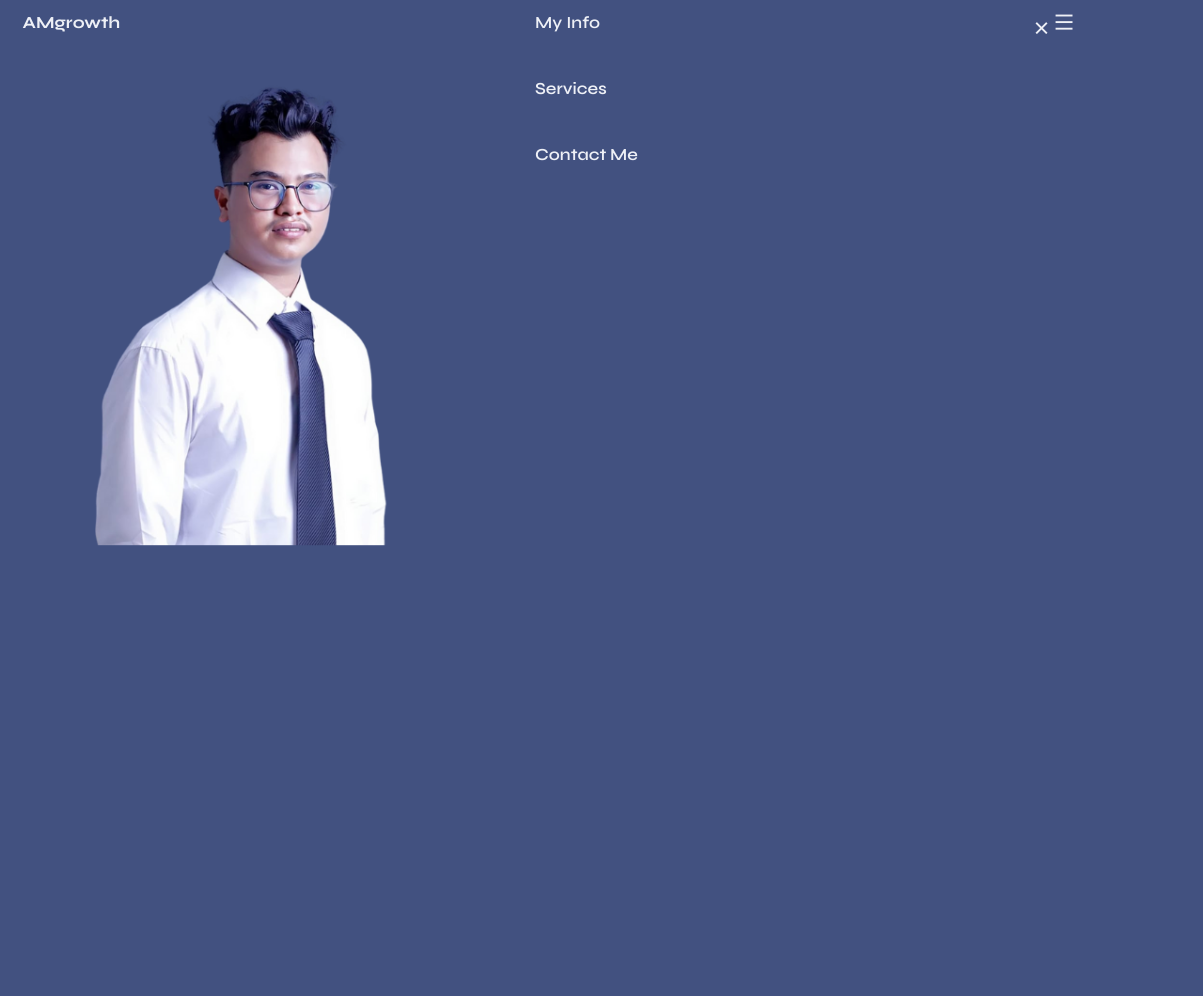
Repository: Ademaulana100499/portofolio
Page: index.html
The author's editor kept a copy of each file at every save. The page is drawn from the files as they stood at one save, then again after the next save.
The browser window is 1280 px wide. The pictures show the whole page, at 94% of full size.
Some web fonts or font styles are not loaded; a fallback is used.

Above is the page before, as saved 2024-11-28 16:38:14.

### index.html
<!DOCTYPE html>
<html lang="en">
  <head>
    <meta charset="UTF-8" />
    <meta name="viewport" content="width=device-width, initial-scale=1.0" />
    <title>AMgrowth</title>
    <link rel="shortcut icon" href="assets/img/Favicon.png" />
    <link
      href="https://cdn.jsdelivr.net/npm/remixicon/fonts/remixicon.css"
      rel="stylesheet"
    />
    <link rel="stylesheet" href="assets/css/style.css" />
  </head>
  <body>
    <!-- HEADER -->
    <header class="header" id="header">
      <nav class="nav container">
        <a href="#" class="nav__logo">AMgrowth</a>
        <div class="nav__menu" id="nav-menu">
          <ul class="nav__list">
            <li>
              <a href="#home" class="nav__link">Home</a>
            </li>
            <li>
              <a href="#project" class="nav__link">Project</a>
            </li>
            <li>
              <a href="#info" class="nav__link">My Info</a>
            </li>
            <li>
              <a href="#services" class="nav__link">Services</a>
            </li>
            <li>
              <a href="#contact" class="nav__link">Contact Me</a>
            </li>
          </ul>
          <!-- Close Button -->
          <div class="nav__close" id="nav-close">
            <i class="ri-close-line"></i>
          </div>
        </div>

        <!-- Toggle Button -->
        <div class="nav__toggle" id="nav-toggle">
          <i class="ri-menu-line"></i>
        </div>
      </nav>
    </header>

    <!-- MAIN -->
    <main class="main" id="main">
      <!-- HOME -->
      <section class="home section" id="home">
        <div class="home__container container grid">
          <img src="assets/img/Photo.png" alt="image" class="home__img" />
        </div>
      </section>
      <!-- PROJECT -->
      <section class="project section" id="project"></section>
      <!-- INFO -->
      <section class="info section" id="info"></section>
      <!-- SERVICES -->
      <section class="services section" id="services"></section>
      <!-- CONTACT -->
      <section class="contact section" id="contact"></section>
    </main>

    <!-- FOOTER -->
    <footer class="footer" id="footer"></footer>
    <!-- SCROLL UP -->
    <!-- SCROLLREVEAL -->
    <script src=""></script>
    <!-- EMAIL JS -->
    <script src=""></script>
    <!-- MAIN JS -->
    <script src="assets/js/main.js"></script>
  </body>
</html>

### assets/css/style.css
@import url("https://fonts.googleapis.com/css2?family=Kite+One&family=Oooh+Baby&family=Orelega+One&family=Poppins:ital,wght@0,100;0,200;0,300;0,400;0,500;0,600;0,700;0,800;0,900;1,100;1,200;1,300;1,400;1,500;1,600;1,700;1,800;1,900&family=Syne:wght@400..800&display=swap");

/* VARIABLE CSS */
:root {
  --header-height: 3rem;

  /* Colors */
  --hue: 230;
  --first-color: hsl(var(--hue), 55%, 55%);
  --first-color-light: hsl(var(--hue), 55%, 65%);
  --first-color-alt: hsl(var(--hue), 50%, 50%);
  --title-color: hsl(var(--hue), 30%, 95%);
  --text-color: hsl(var(--hue), 20%, 80%);
  --text-color-light: hsl(var(--hue), 20%, 70%);
  --body-color: hsl(225, 32%, 38%);
  --container-color: hsl(var(--hue), 40%, 20%);

  /* Font and typography */
  --body-font: "Syne", sans-serif;
  --biggest-font-size: 3rem;
  --h1-font-size: 1.5rem;
  --h2-font-size: 1.25rem;
  --h3-font-size: 1rem;
  --normal-font-size: 0.938rem;
  --small-font-size: 0.813rem;

  /* Font weight */
  --font-regular: 400;
  --font-semi-bold: 600;
  --font-bold: 700;

  /* z index */
  --z-tooltip: 10;
  --z-fixed: 100;
}
/* Responsive typography */
@media screen and (min-width: 1150px) {
  :root {
    --biggest-font-size: 5.5rem;
    --big-font-size: 2.75rem;
    --h1-font-size: 2.25rem;
    --h2-font-size: 1.5rem;
    --h3-font-size: 1.25rem;
    --normal-font-size: 1.125rem;
    --small-font-size: 0.875rem;
  }
}

/* BASE */
* {
  margin: 0;
  padding: 0;
  box-sizing: border-box;
}

html {
  scroll-behavior: smooth;
}

body,
input,
textarea,
button {
  font-family: var(--body-font);
  font-size: var(--normal-font-size);
}

body {
  background-color: var(--body-color);
  color: var(--text-color);
}
input,
button,
textarea {
  outline: none;
  border: none;
}

h1,
h2,
h3 {
  color: var(--title-color);
  font-weight: var(--font-semi-bold);
}
p {
  line-height: 130%;
}

ul {
  list-style: none;
}

a {
  text-decoration: none;
}

img {
  display: block;
  max-width: 100%;
  height: auto;
}

/* REUSABLE CSS CLASSES */
.container {
  max-width: 1120px;
  margin-inline: 1.5rem;
}

.grid {
  display: grid;
  gap: 1.5rem;
}

.section {
  padding-block: 5rem 2rem;
}

.section__title {
  font-size: var(--h1-font-size);
  text-align: center;
  margin-bottom: 2rem;
  font-weight: var(--font-bold);
}
main {
  overflow: hidden;
}

/* HEADER & NAV */
.header {
  position: fixed;
  width: 100%;
  top: 0;
  left: 0;
  background-color: transparent;
  z-index: var(--z-fixed);
}
.nav {
  position: relative;
  height: var(--header-height);
  display: flex;
  justify-content: space-between;
  align-items: center;
}

.nav__logo {
  color: var(--title-color);
  font-weight: var(--font-bold);
}
.nav__toggle,
.nav__close {
  font-size: 1.5rem;
  cursor: pointer;
  color: var(--title-color);
}
/* Navigation for mobile */
@media screen and (max-width: 1150px) {
  .nav__menu {
    position: fixed;
    top: 0;
    right: -100%;
    background-color: hsla(var(--hue), 70%, 4%, 0.2);
    backdrop-filter: blur(16px);
    -webkit-backdrop-filter: blur(16px);
    width: 80%;
    height: 100%;
    padding: 7rem 3rem;
    transition: right 0.4s;
  }
}
.nav__list {
  display: flex;
  flex-direction: column;
  row-gap: 3rem;
}
.nav__link {
  position: relative;
  color: var(--title-color);
  font-weight: var(--font-semi-bold);
  transition: color 0.4s;
}
.nav__link::after {
  content: "";
  width: 0;
  height: 2px;
  background-color: var(--first-color-light);
  position: absolute;
  left: 0;
  bottom: -0.5rem;
  transition: width 0.3s;
}
.nav__link:hover {
  color: var(--first-color-light);
}
.nav__link:hover::after {
  width: 30%;
}
.nav__close {
  position: absolute;
  top: 1rem;
  right: 1.5rem;
}

/* Show Menu */
.show-menu {
  right: 0;
}
/* Add blur to header */
/* Active link */

/* HOME */

### assets/js/main.js
const navMenu = document.getElementById("nav-menu"),
  navToggle = document.getElementById("nav-toggle"),
  navClose = document.getElementById("nav-close");

if (navToggle) {
  navToggle.addEventListener("click", () => {
    navMenu.classList.add("show-menu");
  });
}

if (navClose) {
  navClose.addEventListener("click", () => {
    navMenu.classList.remove("show-menu");
  });
}

const navLink = document.querySelectorAll(".nav__link");
const linkAction = () => {
  const navMenu = document.getElementById("nav-menu");
  navMenu.classList.remove("show-menu");
};
navLink.forEach((n) => n.addEventListener("click", linkAction));

After the next save:
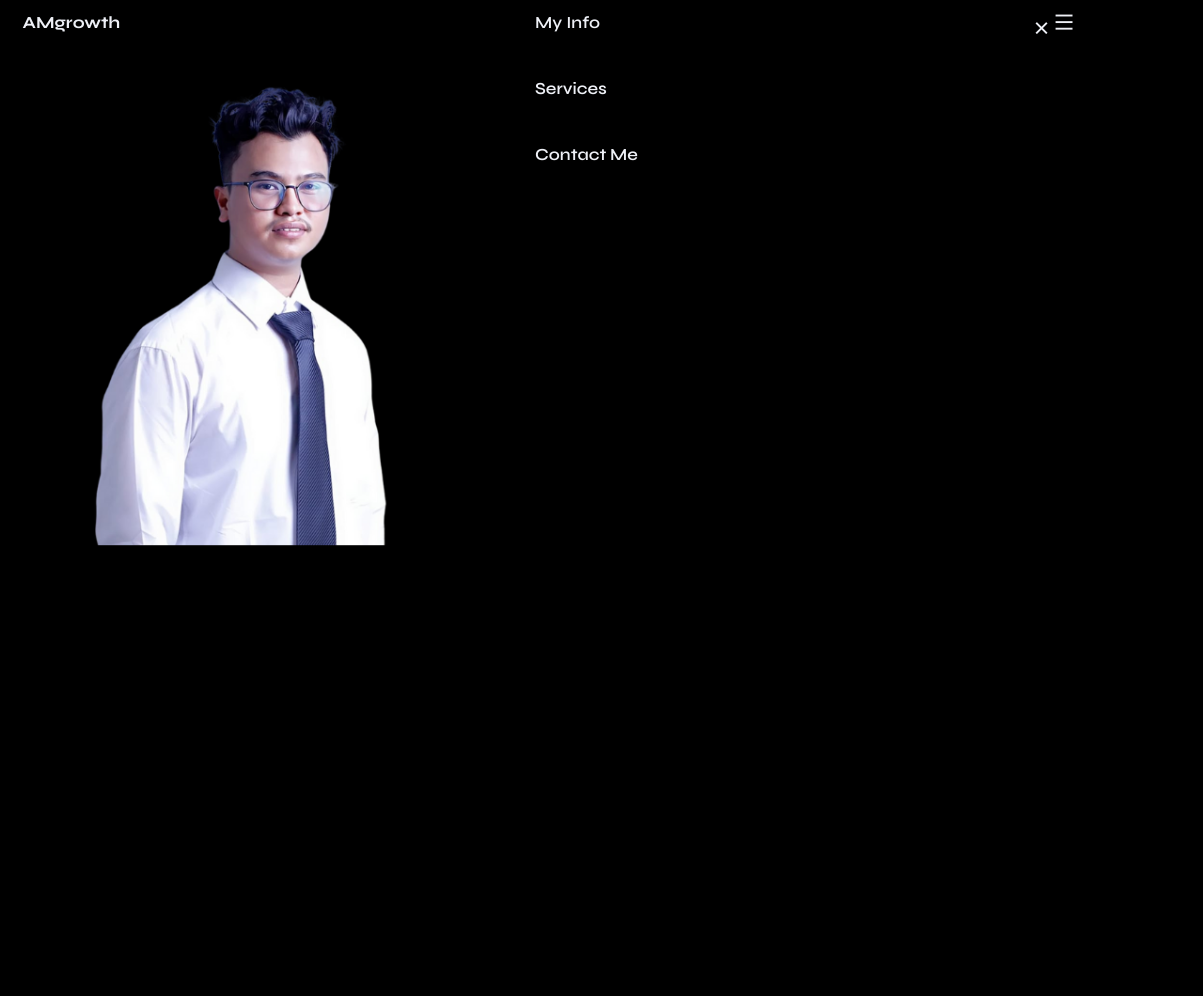
Saved 43 s later.
--- a/assets/css/style.css
+++ b/assets/css/style.css
@@ -12,7 +12,7 @@
   --title-color: hsl(var(--hue), 30%, 95%);
   --text-color: hsl(var(--hue), 20%, 80%);
   --text-color-light: hsl(var(--hue), 20%, 70%);
-  --body-color: hsl(225, 32%, 38%);
+  --body-color: hsl(0, 0%, 0%);
   --container-color: hsl(var(--hue), 40%, 20%);
 
   /* Font and typography */

After the save that followed:
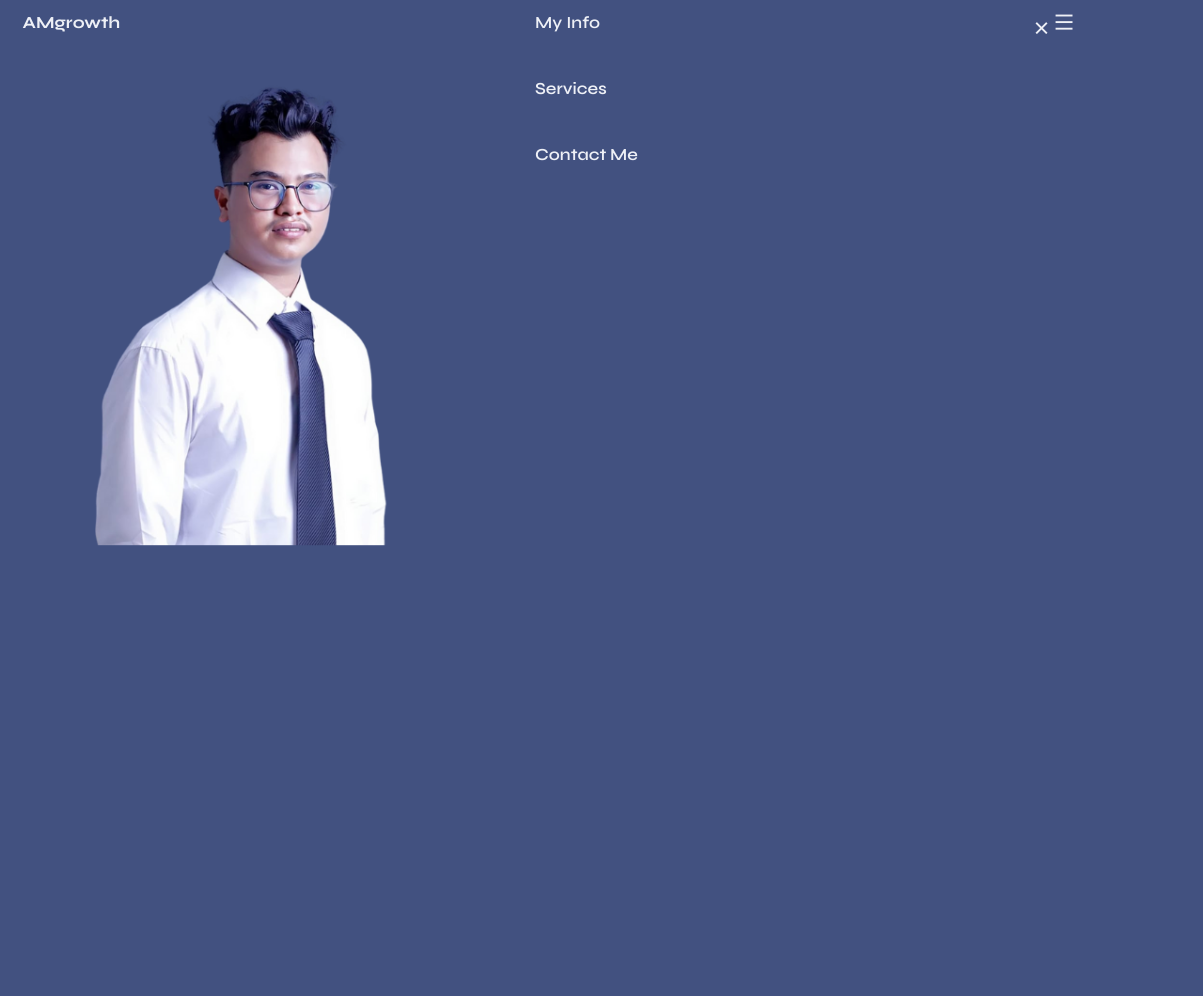
Saved 24 s later.
--- a/assets/css/style.css
+++ b/assets/css/style.css
@@ -12,7 +12,7 @@
   --title-color: hsl(var(--hue), 30%, 95%);
   --text-color: hsl(var(--hue), 20%, 80%);
   --text-color-light: hsl(var(--hue), 20%, 70%);
-  --body-color: hsl(0, 0%, 0%);
+  --body-color: hsl(225, 32%, 38%);
   --container-color: hsl(var(--hue), 40%, 20%);
 
   /* Font and typography */
